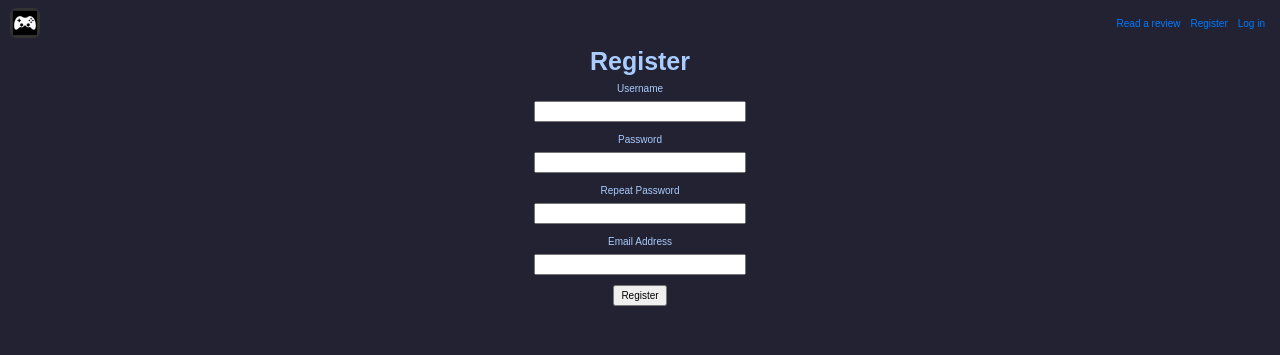
Repository: amit238/milestone-project-3
Page: http://localhost/register
The author's editor kept a record of every edit. The page is drawn from the files as they stood at one moment, then again after the next edit.
The browser window is 1280 px wide. The pictures show the whole page.
Some web libraries are served in a nearby version. The page is served by the project's application, run on Flask 3 (app.py).

Above is the page before.

After the next edit:
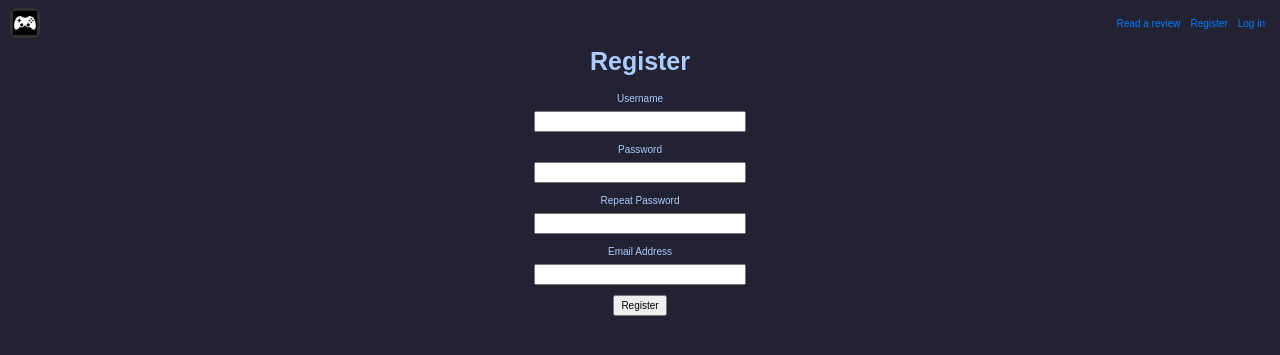
The edit:
--- a/templates/register.html
+++ b/templates/register.html
@@ -13,7 +13,7 @@
     {% endwith %}
     <form action="" method="post">
         {{ form.csrf_token }}
-        <p class="color-center">
+        <p class="color-center padding-top">
             {{ form.username.label }}<br>
             {{ form.username(size=32) }}<br
             {% for error in form.username.errors %}
